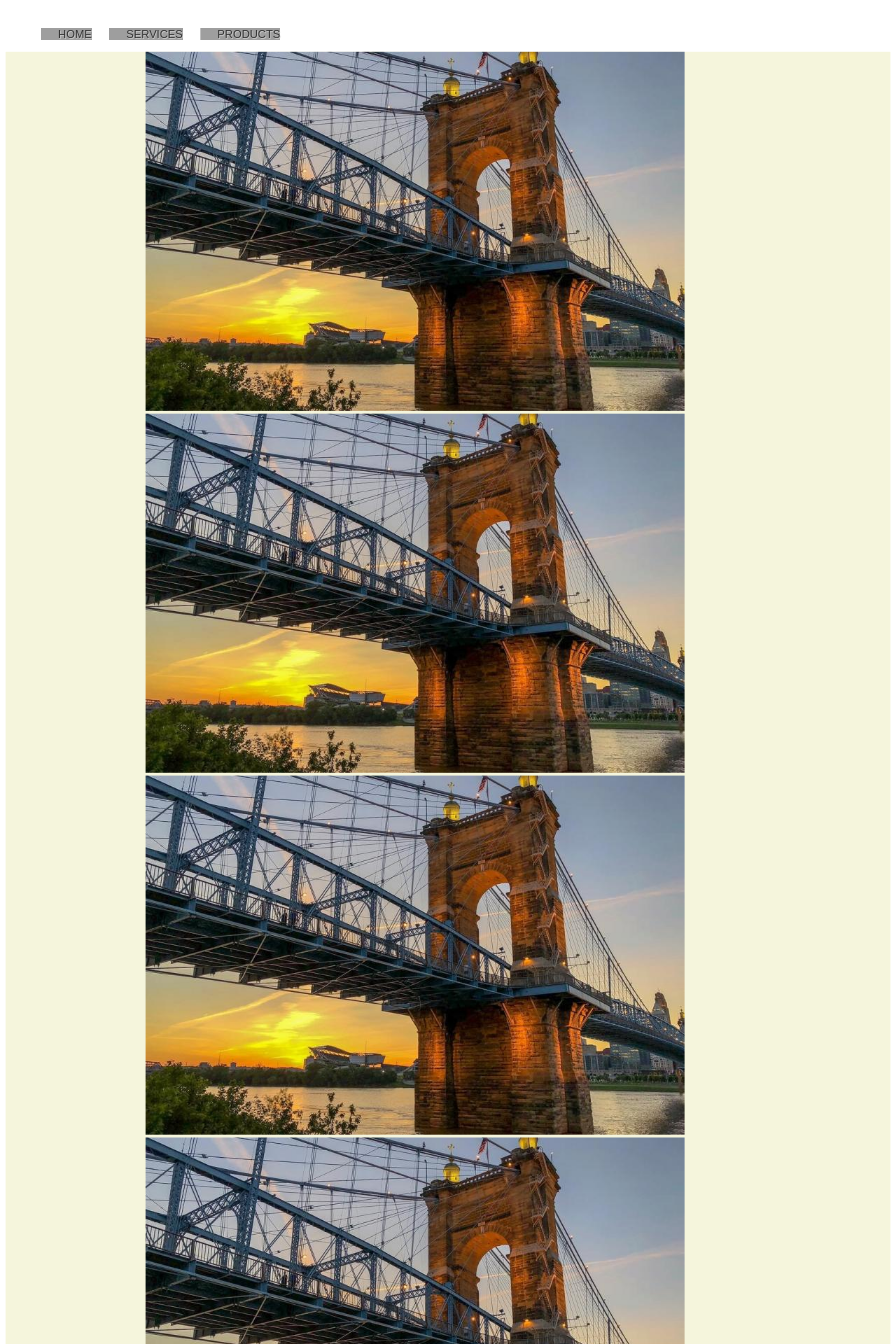
Repository: LtGriff/capstoneprogress
Page: index.html
The author's editor kept a copy of each file at every save. The page is drawn from the files as they stood at one save, then again after a run of saves.
The browser window is 1280 px wide. The pictures show the part of the page from y = 0 to 1920 px (the page is 2667 px tall before and 3167 px after), at 70% of full size.
Pictures or frames that could not be fetched are drawn as grey boxes.

Above is the page before, as saved 2022-06-06 00:13:13.

### index.html
<!DOCTYPE html>
<html lang="en">
<head>
     <meta charset="UTF-8">
     <meta http-equiv="X-UA-Compatible" content="IE=edge">
     <meta name="viewport" content="width=device-width, initial-scale=1.0">
     <title>Document</title>
     <link rel="stylesheet" href="style.css">
</head>
<body>


     </html><nav id="main-menu">
     <ul class="nav-bar">
          <li class="nav-button-home"><a href="#">Home</a></li>
          <li class="nav-button-services"><a href="#">Services</a></li>
          <li class="nav-button-products"><a href="#">Products</a></li>
     </ul>
</nav>


<section class="gallery">
     <div class="picture">
          <img src="img/bridge.jpg" alt="bridge">


     </div>

     <div class="picture">
          <img src="img/bridge.jpg" alt="bridge">


     </div>

     <div class="picture">
          <img src="img/bridge.jpg" alt="bridge">


     </div>

     <div class="picture">
          <img src="img/bridge.jpg" alt="bridge">


     </div>


     <div class="picture">
          <img src="img/bridge.jpg" alt="bridge">


     </div>
</section>


</body>

### style.css
body { font-family: sans-serif; }

#main-menu .nav-bar { list-style:none; margin-top: 40px; }
#main-menu .nav-bar li { display:inline; padding:0 10px; }

#main-menu .nav-bar li a {
  text-decoration: none;
  padding-left: 25px;
  text-transform: uppercase;
  color: #333;
	text-shadow: 1px 1px 1px #ccc;
}

.nav-bar .nav-button-home a { background:url("https://www.cheesetoast.co.uk/cheesepress/wp-content/uploads/2012/08/home.gif") no-repeat 0px -2px transparent; }

.nav-bar .nav-button-services a { background:url("https://www.cheesetoast.co.uk/cheesepress/wp-content/uploads/2012/08/services.gif") no-repeat 0px -2px transparent; }

.nav-bar .nav-button-products a { background:url("https://www.cheesetoast.co.uk/cheesepress/wp-content/uploads/2012/08/products.gif") no-repeat 0px -2px transparent; }


.gallery{
  display: flex;
  flex-direction: row;
  flex-wrap: wrap;
  justify-content: space-between;
  background-color: beige;
  height: 100%;
  padding: 0px 200px;
}

.gallery .picture

After the next 4 saves:
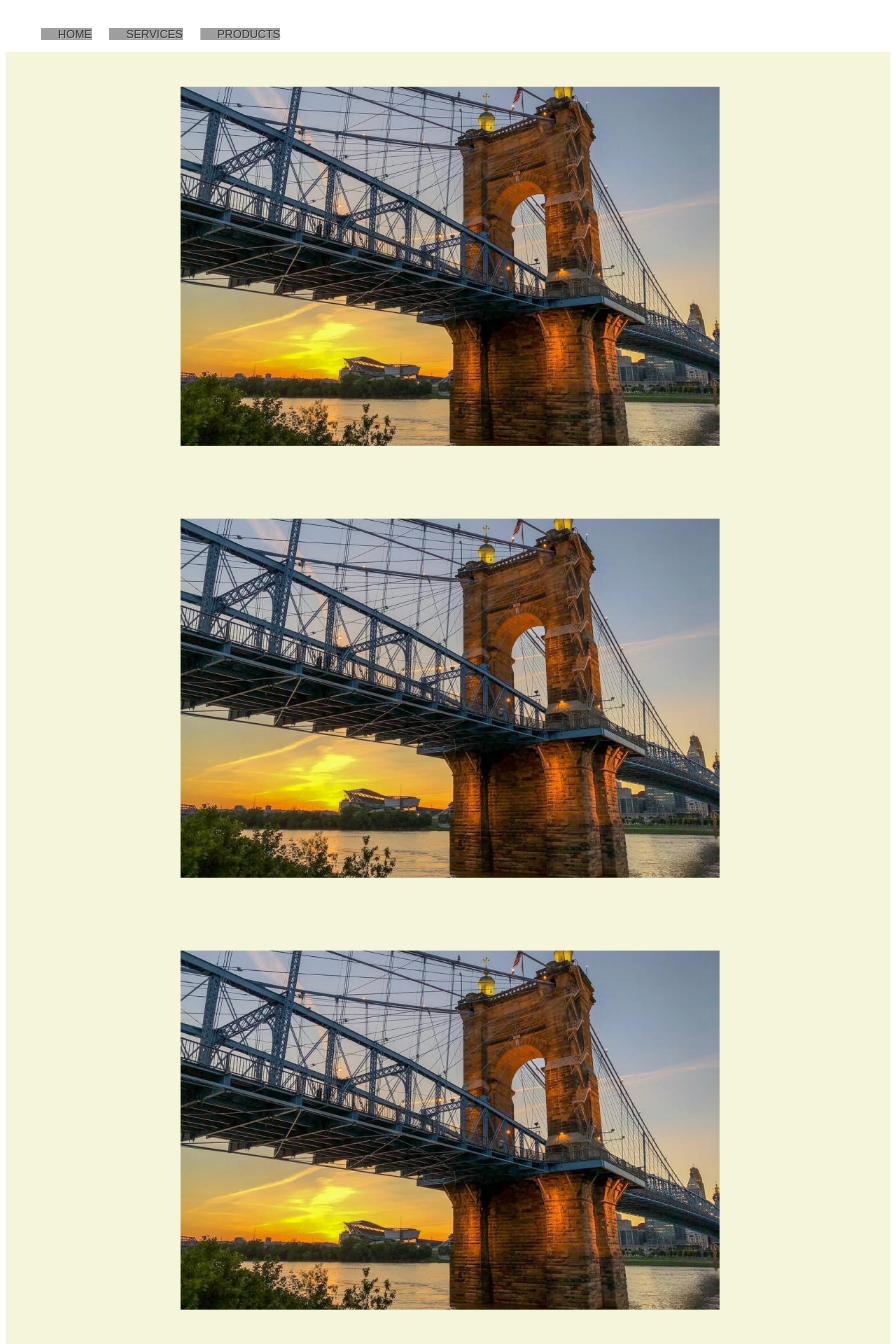
The 4 saves are shown as one change because they came seconds apart.
The last was saved 12 s later.
--- a/style.css
+++ b/style.css
@@ -28,4 +28,7 @@ body { font-family: sans-serif; }
   padding: 0px 200px;
 }
 
-.gallery .picture
+.gallery .picture{
+  margin: 50px;
+
+}
